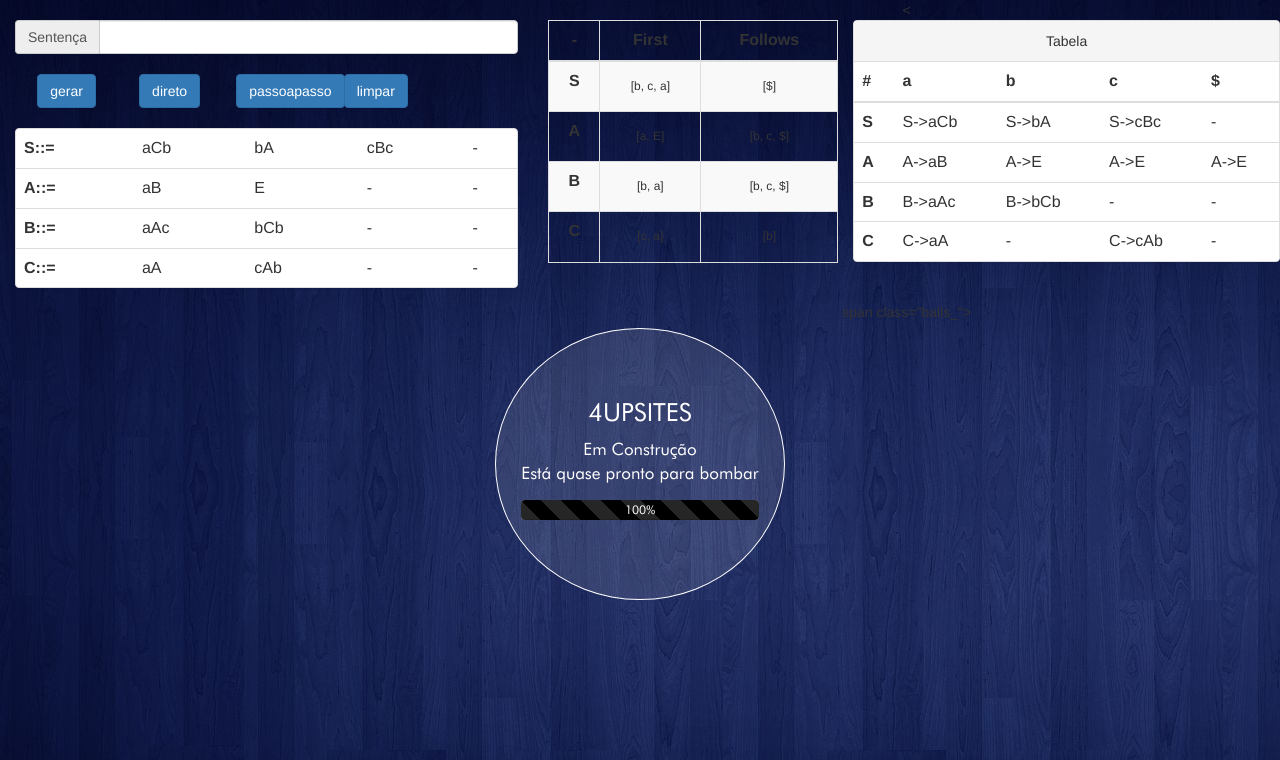
Repository: 4UPsites/publish
Page: TAPUME/index.html
The author's editor kept a record of every edit. The page is drawn from the files as they stood at one moment, then again after the next edit.
The browser window is 1280 px wide. The pictures show the whole page.
Some web libraries are served in a nearby version.

Above is the page before.

### TAPUME/index.html
<html>

	<head>
    	<meta charset="utf-8">
		<meta name="description" content="4UPsites corporation website">
		<meta name="keywords" content="4UP, site, meu site, desenvolvedora, criar.">
		<meta name="author" content="Devs4UPsites">
		<meta name="viewport" content="width=device-width, initial-scale=1.0">

    	<title>4UPSITES</title>
		<link href="css/bootstrap.min.css" rel="stylesheet">
    	<link href="css/custom.css" rel="stylesheet">
		<link href="futura-bk-bt/font.css" rel="stylesheet">
		<link href="icomoon/style.css" rel="stylesheet">

  	</head>
	<body style="background-image: url('wallpaper.jpg');">

		<div id="indentifier">
			<div class="container_all">
				<<div class="col-lg-5 grupobotao">

						<br/>

						<div class="input-group col-lg-12">
							<span class="input-group-addon" id="basic-addon1">Sentença</span>
							<input type="text" class="form-control entradaInput" placeholder="">
						</div>

						<br/>

						<div class="input-group col-lg-12 grupobotao">
							<div class="input-group ">

								<div class="col-lg-3 botao1">
									<button class="btn btn-primary botao" type="button" onclick="criaSentenca();">gerar</button>
								</div>

								<div class="col-lg-3 botao2">
									<button class="btn btn-primary botao" type="button" onclick="direto();">direto</button>
								</div>

								<div class="col-lg-3 botao3">
									<button class="btn btn-primary botao" type="button" onclick="passoapasso();">passoapasso</button>
								</div>

								<div class="col-lg-3 botao4">
									<button class="btn btn-primary botao" type="button" onclick="limpar();">limpar</button>
								</div>

							</div>
						</div>

						<br/>
						<div class="panel panel-default tabela">
							<!-- Default panel contents -->

							<!-- Table -->
							<table class="table">

								<tbody>
									<tr class="fundo-normal">
										<th scope="row">S::=</th>
										<td>aCb</td>
										<td>bA</td>
										<td>cBc</td>
										<td>-</td>
									</tr>
									<tr class="fundo-normal">
										<th scope="row">A::=</th>
										<td>aB</td>
										<td>E</td>
										<td>-</td>
										<td>-</td>
									</tr>
									<tr class="fundo-normal">
										<th scope="row">B::=</th>
										<td>aAc</td>
										<td>bCb</td>
										<td>-</td>
										<td>-</td>
									</tr>
									<tr class="fundo-normal">
										<th scope="row">C::=</th>
										<td>aA</td>
										<td>cAb</td>
										<td>-</td>
										<td>-</td>
									</tr>
								</tbody>
							</table>
						</div>

						<br/>
					</div>
					<br />
					<div class="col-lg-3">
						<ul class="nav nav-list firstFollow">
							<table class="table table-bordered table-striped table-hover">
								<thead>
									<tr class="fundo-per">
										<th style="text-align: center;">-</th>
										<th style="text-align: center;">First</th>
										<th style="text-align: center;">Follows</th>
									</tr>
								</thead>
								<tbody>
									<tr style="text-align: center;" class="fundo-normal">
										<td><b>S</b></td>
										<td><h6>[b, c, a]
											</h6></td>
										<td><h6>[$]
											</h6></td>
									</tr>
									<tr style="text-align: center;" class="fundo-normal">
										<td><b>A</b></td>
										<td><h6>[a, E]
											</h6></td>
										<td><h6>[b, c, $]
											</h6></td>
									</tr>
									<tr style="text-align: center;" class="fundo-normal">
										<td><b>B</b></td>
										<td><h6>[b, a]
											</h6></td>
										<td><h6>[b, c, $]
											</h6></td>
									</tr>
									<tr style="text-align: center;" class="fundo-normal">
										<td><b>C</b></td>
										<td><h6>[c, a]
											</h6></td>
										<td><h6>[b]
											</h6></td>
									</tr>
								</tbody>
							</table>
						</ul>

					</div>

					<div class="input-group col-lg-4 grupobotao">
						<div class="panel panel-default tabela">
							<!-- Default panel contents -->
							<div class="panel-heading fundo-per">Tabela</div>

							<!-- Table -->
							<table class="table">

								<thead>
									<tr class="fundo-per">
										<th>#</th>
										<th>a</th>
										<th>b</th>
										<th>c</th>
										<th>$</th>
									</tr>
								</thead>

								<tbody>
									<tr class="fundo-normal">
										<th scope="row">S</th>
										<td id="Sa">S->aCb</td>
										<td id="Sb">S->bA</td>
										<td id="Sc">S->cBc</td>
										<td>-</td>
									</tr>
									<tr class="fundo-normal">
										<th scope="row">A</th>
										<td id="Aa">A->aB</td>
										<td id="Ab">A->E</td>
										<td id="Ac">A->E</td>
										<td id="AE">A->E</td>
									</tr>
									<tr class="fundo-normal">
										<th scope="row">B</th>
										<td id="Ba">B->aAc</td>
										<td id="Bb">B->bCb</td>
										<td>-</td>
										<td>-</td>
									</tr>
									<tr class="fundo-normal">
										<th scope="row">C</th>
										<td id="Ca">C->aA</td>
										<td>-</td>
										<td id="Cc">C->cAb</td>
										<td>-</td>
									</tr>
								</tbody>
							</table>
						</div>
					</div>
					<br/>
					span class="balls_">
					<div id="ball_2" class="ball ball_2">
					</div>
					<div id="ball_3" class="ball ball_3">


					<div class="panel panel-default pilha">
						<!-- Table -->
						<table class="table">
						<thead>
							<tr>
								<th>Pilha</th>
								<th>Entrada</th>
								<th>Ação</th>
							</tr>
						</thead>
						<tbody class="tablePilha">
							<!-- load In javascript !-->
						</tbody>
						</table>
					</div>  </div>
				</span>
				<div class="container">
					<div id="ball_4" class="ball active">
						<div class="row">
							<div role="main">
								<div class="page-header">
									<h2>4UPSITES</h2>
									<span> Em Construção<br>
									Está quase pronto para bombar</span>
									<div class="progress">
										<div class="progress-bar progress-bar-striped active" role="progressbar" aria-valuenow="10" aria-valuemin="0" aria-valuemax="100" style="width:0%">0%</div>
									</div>
								</div>
						   </div>
						</div>
					</div>
				</div>
				<span class="balls_">
					<div id="ball_0" class="ball ball_0">
					</div>
					<div id="ball_1" class="ball ball_1">
					</div>
				</span>
			</div>

			<div class="page-footer">
				<i class="icon-whatsapp"></i>
				<i class="icon-face"></i>
				<i class="icon-twitter"></i>
				<span>
					E-mail: <label style="text-decoration: underline;">contato@4upsites.com</label>
				</span>
			</div>
		</div>

		<script src="js/jquery.js"></script>
		<script src="js/custom.js"></script>
		<script src="https://ajax.googleapis.com/ajax/libs/jquery/1.11.0/jquery.min.js"></script>

	</body>

	<script>
		$(document).ready(function() {
			mobile();
			dateDifferenceDay();
			ballShow();
		});
	</script>
</html>

### TAPUME/css/custom.css
body{
	background-color: 	#A9A9A9;
	text-align: center;
	font-style: Comic Sans MS;
}

.popup {
    position : fixed;
	right: 0;
    left: 0;
}
.display_none {
	display: none;
}
.ball:nth-child(1) {
    -webkit-animation: right 0s infinite ease-in-out;
    -moz-animation: right 0s infinite ease-in-out;
    animation: right 0s infinite ease-in-out;
}
.ball.max_1:nth-child(1) {
    -webkit-animation: right 0.5s infinite ease-in-out;
    -moz-animation: right 0.5s infinite ease-in-out;
    animation: right 0.5s infinite ease-in-out;
}
.ball.max_2:nth-child(1) {
    -webkit-animation: right 0.4s infinite ease-in-out;
    -moz-animation: right 0.4s infinite ease-in-out;
    animation: right 0.4s infinite ease-in-out;
}
.ball.max_3:nth-child(1) {
    -webkit-animation: right 0.3s infinite ease-in-out;
    -moz-animation: right 0.3s infinite ease-in-out;
    animation: right 0.3s infinite ease-in-out;
}
.ball.max_4:nth-child(1) {
    -webkit-animation: right 0.2s infinite ease-in-out;
    -moz-animation: right 0.2s infinite ease-in-out;
    animation: right 0.2s infinite ease-in-out;
}
.ball.max_4:nth-child(1) {
    -webkit-animation: right 0.1s infinite ease-in-out;
    -moz-animation: right 0.1s infinite ease-in-out;
    animation: right 0.1s infinite ease-in-out;
}
@-webkit-keyframes right {
    0% {
        -webkit-transform: translate(-15px);
    }
    50% {
        -webkit-transform: translate(15px);
    }
    100% {
        -webkit-transform: translate(-15px);
    }
}
@-webkit-keyframes left {
    0% {
        -webkit-transform: translate(15px);
    }
    50% {
        -webkit-transform: translate(-15px);
    }
    100% {
        -webkit-transform: translate(15px);
    }
}
@-moz-keyframes right {
    0% {
        -moz-transform: translate(-15px);
    }
    50% {
        -moz-transform: translate(15px);
    }
    100% {
        -moz-transform: translate(-15px);
    }
}
@-moz-keyframes left {
    0% {
        -moz-transform: translate(15px);
    }
    50% {
        -moz-transform: translate(-15px);
    }
    100% {
        -moz-transform: translate(15px);
    }
}

@keyframes right {
    0% {
        transform: translate(-15px);
    }
    50% {
        transform: translate(15px);
    }
    100% {
        transform: translate(-15px);
    }
}
@keyframes left {
    0% {
        transform: translate(15px);
    }
    50% {
        transform: translate(-15px);
    }
    100% {
        transform: translate(15px);
    }
}
.progress-bar {
	background-color: black;
}

.balls_ {
	display: inline-block;
	width: 100%;
	color: white;
	height: 15vh;
}
.ball_2 {
    display: none;
    float:left;
    padding: 5px 15px;
}
.ball_3 {
    display: none;
    float:right;
    padding: 5px 15px;
}
.ball_0 {
    display: none;
    float:left;
    padding: 5px 15px;
    position: relative;
    top: -80px;
    left: 5px;
}
.ball_1 {
    display: none;
    float:right;
    padding: 5px 15px;
    position: relative;
    top: -80px;
    right: 5px;
}
.row {
    padding: 30px 25px;
    background: rgba(255,255,255,.1);
    border: 1px solid white;
    border-radius: 100%;
}
.main {
    display: inline-block;
    padding: 15px 12px;
}
.page-header {
    font-family: FuturaBookBT;
}
.page-header h2 {
    font-size: 25px;
}
.page-header span {
    font-size: 17px;
    display: inline-block;
    margin-bottom: 15px;
}
.page-footer {
    display: inline-block;
    position: absolute;
    width: 100%;
    color: white;
    font-size: 26px;
    height: 15vh;
    left: 0;
    right: 0;
}
.page-footer span {
    width: 100%;
    font-size: 15px;
    display: inline-block;
    margin-top: 15px;
}
.container {
    position: relative;
    display: flex;
    width: 100%;
    justify-content: center;
    color: white;
    cursor: pointer;
    height: 45vh;
}

### TAPUME/futura-bk-bt/font.css
@font-face {
	 font-family: FuturaBookBT;
	 src: url('FuturaBookBT.ttf');
}

### TAPUME/icomoon/style.css
@font-face {
  font-family: 'icomoon';
  src:  url('fonts/icomoon.eot?96egpu');
  src:  url('fonts/icomoon.eot?96egpu#iefix') format('embedded-opentype'),
    url('fonts/icomoon.ttf?96egpu') format('truetype'),
    url('fonts/icomoon.woff?96egpu') format('woff'),
    url('fonts/icomoon.svg?96egpu#icomoon') format('svg');
  font-weight: normal;
  font-style: normal;
}

[class^="icon-"], [class*=" icon-"] {
  /* use !important to prevent issues with browser extensions that change fonts */
  font-family: 'icomoon' !important;
  speak: none;
  font-style: normal;
  font-weight: normal;
  font-variant: normal;
  text-transform: none;
  line-height: 1;

  /* Better Font Rendering =========== */
  -webkit-font-smoothing: antialiased;
  -moz-osx-font-smoothing: grayscale;
}

.icon-pedido_em_analise:before {
  content: "\e965";
}
.icon-email:before {
  content: "\e959";
}
.icon-rede-p2:before {
  content: "\e95c";
}
.icon-whatsapp:before {
  content: "\e95e";
}
.icon-relogio:before {
  content: "\e957";
  color: #000;
}
.icon-seta-baixo:before {
  content: "\e914";
}
.icon-seta-cima:before {
  content: "\e915";
}
.icon-compartilhar:before {
  content: "\e929";
}
.icon-ic-menu:before {
  content: "\e906";
}
.icon-flecha_direita:before {
  content: "\e92b";
}
.icon-flecha_esquerda:before {
  content: "\e92c";
}
.icon-close:before {
  content: "\e903";
}
.icon-face:before {
  content: "\e904";
}
.icon-instagran:before {
  content: "\e907";
}
.icon-rede-p:before {
  content: "\e912";
}
.icon-twitter:before {
  content: "\e91a";
}
.icon-vimeo:before {
  content: "\e91b";
}
.icon-youtube:before {
  content: "\e91c";
}

### TAPUME/js/custom.js
var obj = { entrada: "aaacaccb", pilha: "ES"};

var alvoInvertido = "";
var objPilhaAtual = "";
var ultimoPilha = obj.pilha[obj.pilha.length-1];
var primeiroEntrada = obj.entrada[0];
var alvoSplit = "";

console.log("ultimoPilha: ", ultimoPilha);
console.log("primeiroEntrada: ", primeiroEntrada);


function teste(){

   if(ultimoPilha == primeiroEntrada){
      // bCa -> pilha = pilha - ultimo caractere
      var objPilha = obj.pilha += - obj.pilha[obj.pilha-1];
      console.log("objPilha: ", objPilha);

      // entrada = entrada - primeiro caractere
      objPilhaAtual = objPilhaAtual - objPilhaAtual.length-1;
      console.log("objPilhaAtual", objPilhaAtual);
      console.log("desempilha o primeiro", primeiroEntrada);
   }else{
      var alvo = $("#Sa").text();
      console.log("alvo: ", alvo);

      if(alvo != null){
         // pegar sรณ o que interessa do alvo
         alvoSplit = alvo.split("->")
         if (alvoSplit.length == 2){
            varAlvoOK = alvoSplit[1];
            console.log(alvo);

            inverter(alvo);
            console.log("alvoInvertido: ", alvoInvertido);

            // colocar na pilha o alvo invertido no lugar do ultimoPilha
            objPilhaAtual = obj.pilha = "E" + alvoInvertido;
            console.log("objPilhaAtual: ", objPilhaAtual);

            $(".tablePilha").append("<tr> <td>" + '$' + ultimoPilha + "</td>");
            $(".tablePilha").append("<td>" + obj.entrada + '$' + "</td>");
            $(".tablePilha").append("<td>" + alvo + "</td> </tr>");
         }else{
            console.log("errou");
         }
      }else{
         console.log("errou");
      }
   }
}

function inverter(alvo){
  alvoInvertido = alvo.split("").reverse().join("");
  return alvoInvertido;
}var ball_template;
var isMobile;

function dateDifferenceDay() {

	var initialDate = Date.UTC(2018, 1, 24);

	var data = new Date();

	var day = data.getDate();
	var month = data.getMonth();
	var year = data.getFullYear();

	var currentDate = Date.UTC(year, month, day);

	var differenceDate = Math.floor((currentDate - initialDate) / ( 1000 * 60 * 60 * 24));
	if (false && $(".progress-bar-striped").text() != "100%" && differenceDate> 5 ) {
		differenceDate = differenceDate * 2;
		$(".progress-bar-striped").css('width', differenceDate + "%");
		$(".progress-bar-striped").text(differenceDate + "%");
	} else {
		$(".progress-bar-striped").css('width', "100%");
		$(".progress-bar-striped").text("100%");
	}
	ball_template = $('#ball_4').html();
}

function ballShow() {
	if (isMobile) {
		$(".ball").on('touchstart', function() {
			if ($('#'+$(this)[0].id).hasClass('active')) {
				$('#'+$(this)[0].id).removeClass('active');
				ballMax ($(this));
			}
		});
	} else {
		$(".ball").hover(function() {
			if ($('#'+$(this)[0].id).hasClass('active')) {
				$('#'+$(this)[0].id).removeClass('active');
				ballMax ($(this));
			}
		});
	}
	function ballMax (ball) {
		$('#'+ball[0].id).addClass("max_1");

		setTimeout(function() {
			$('#'+ball[0].id).removeClass("max_1");
			$('#'+ball[0].id).addClass("max_2");
		}, 250);
	  	setTimeout(function() {
			$('#'+ball[0].id).removeClass("max_2");
			$('#'+ball[0].id).addClass("max_3");
		}, 500);
  		setTimeout(function() {
			$('#'+ball[0].id).removeClass("max_3");
			$('#'+ball[0].id).addClass("max_4");
		}, 750);
		setTimeout(function() {
			ballHideAndShow ($('#'+ball[0].id));
			$('#'+ball[0].id).removeClass("max_4");
		}, 1000);
	}
	function ballHideAndShow (ball) {
		if (typeof(isMobile)!==undefined && isMobile!==null && isMobile) {
			$('#'+ball[0].id).fadeOut();
			$('#'+ball[0].id).addClass('active');
			$('#'+ball[0].id).fadeIn();
		} else {
			var math = Math.floor(Math.random()*(4));
			$('#'+ball[0].id).fadeOut();
			$(".balls_ #ball_" + math).html(ball_template);
			$(".balls_ #ball_" + math).addClass('active');
			$(".balls_ #ball_" + math).fadeIn();
		}
	}
}

function mobile () {
	if (screen.width < 640 || screen.height < 480) {
		$("#indentifier").addClass('mobile');
		isMobile = true;
	}
}

Loaded but not shown: TAPUME/css/bootstrap.min.css (library); TAPUME/js/jquery.js (library)

After the next edit:
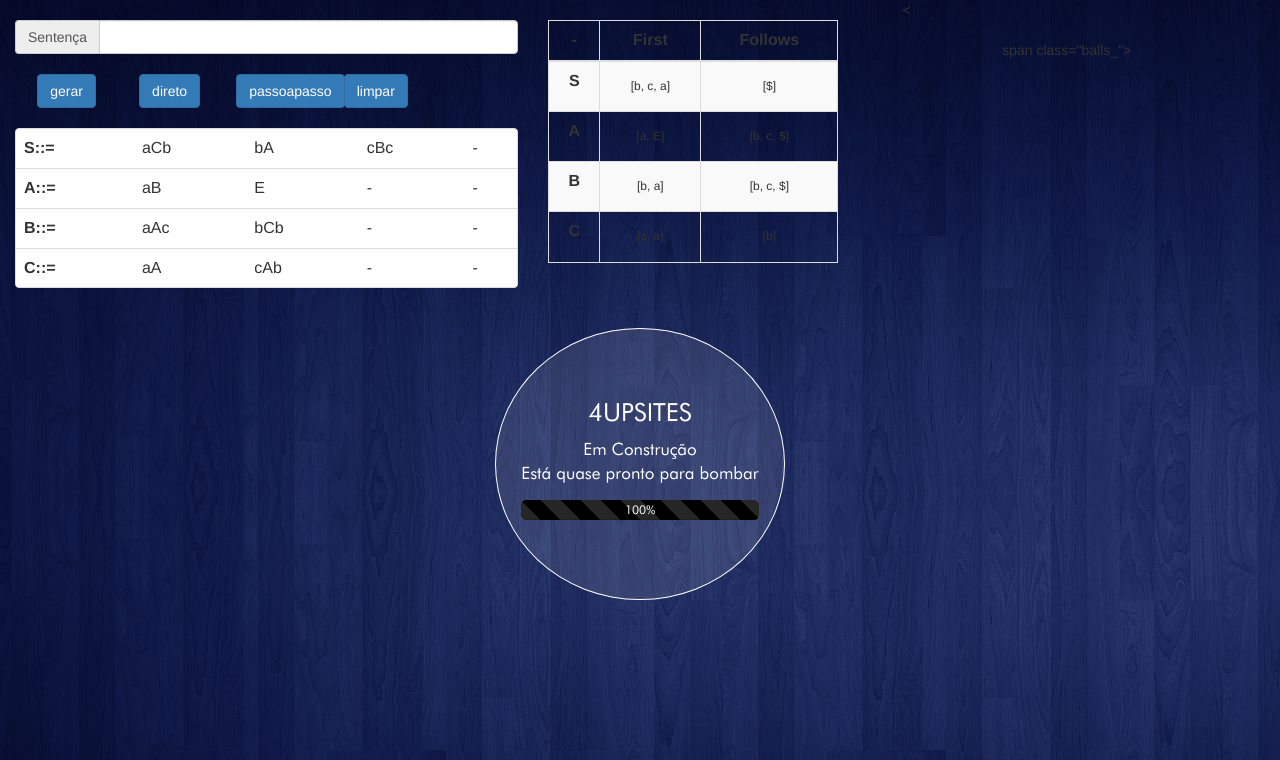
The edit:
--- a/TAPUME/index.html
+++ b/TAPUME/index.html
@@ -139,57 +139,7 @@
 
 					</div>
 
-					<div class="input-group col-lg-4 grupobotao">
-						<div class="panel panel-default tabela">
-							<!-- Default panel contents -->
-							<div class="panel-heading fundo-per">Tabela</div>
-
-							<!-- Table -->
-							<table class="table">
-
-								<thead>
-									<tr class="fundo-per">
-										<th>#</th>
-										<th>a</th>
-										<th>b</th>
-										<th>c</th>
-										<th>$</th>
-									</tr>
-								</thead>
-
-								<tbody>
-									<tr class="fundo-normal">
-										<th scope="row">S</th>
-										<td id="Sa">S->aCb</td>
-										<td id="Sb">S->bA</td>
-										<td id="Sc">S->cBc</td>
-										<td>-</td>
-									</tr>
-									<tr class="fundo-normal">
-										<th scope="row">A</th>
-										<td id="Aa">A->aB</td>
-										<td id="Ab">A->E</td>
-										<td id="Ac">A->E</td>
-										<td id="AE">A->E</td>
-									</tr>
-									<tr class="fundo-normal">
-										<th scope="row">B</th>
-										<td id="Ba">B->aAc</td>
-										<td id="Bb">B->bCb</td>
-										<td>-</td>
-										<td>-</td>
-									</tr>
-									<tr class="fundo-normal">
-										<th scope="row">C</th>
-										<td id="Ca">C->aA</td>
-										<td>-</td>
-										<td id="Cc">C->cAb</td>
-										<td>-</td>
-									</tr>
-								</tbody>
-							</table>
-						</div>
-					</div>
+
 					<br/>
 					span class="balls_">
 					<div id="ball_2" class="ball ball_2">
